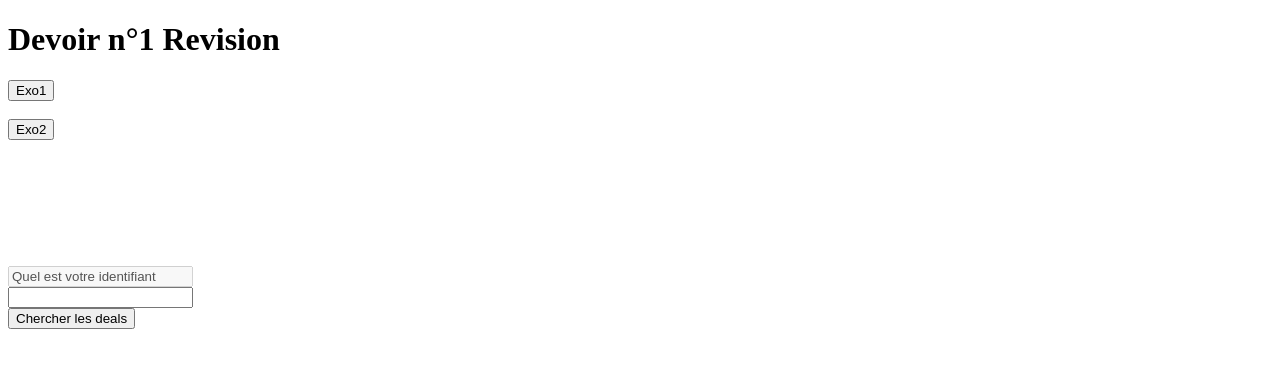
Repository: Chebani/Devoir-n1
Page: index.html
An editor plug-in stored every save of this project. The page is shown before and after the next save, followed by the edit.
The browser window is 1280 px wide. The pictures show the whole page.

Above is the page before, as saved 2018-09-20 17:21:48.

After the next save:
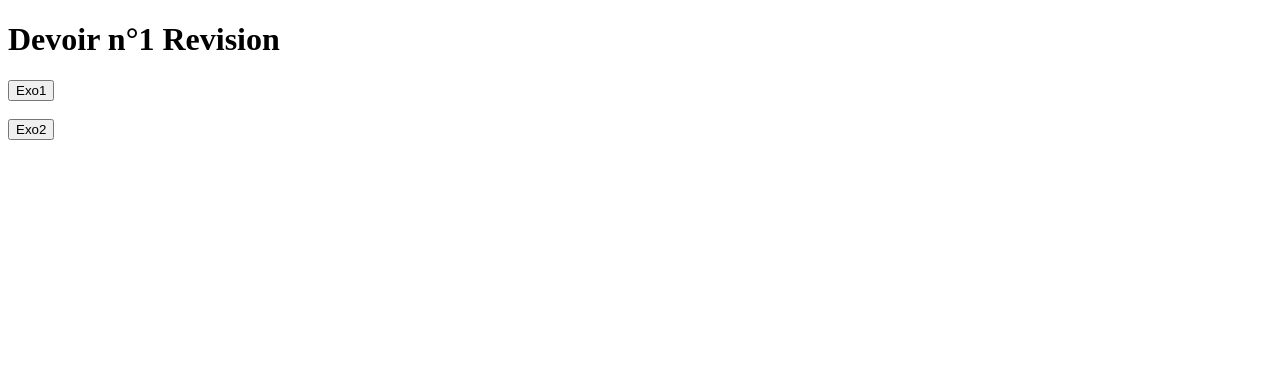
Saved 47 s later.
--- a/index.html
+++ b/index.html
@@ -31,7 +31,7 @@
     <br><br><br>
     <div id="services"></div>
 
-    <div id="info">
+    <div id="info" hidden>
         <input type='text' disabled='disabled' value='Quel est votre identifiant'/><br>
         <input type='text' id='lstDeals'/><br>
         <input type='button' value='Chercher les deals'/>
